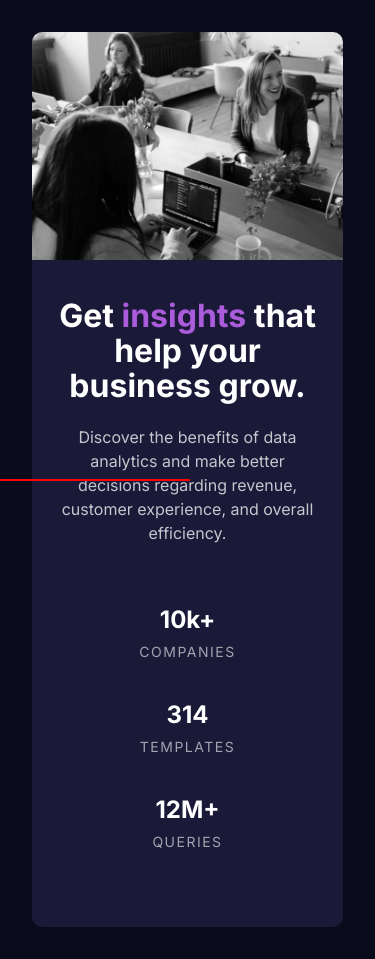
Repository: keisewarsame/stats-preview-frontendmentor
Page: index.html
An editor plug-in stored every save of this project. The page is shown before and after the next save, followed by the edit.
The browser window is 375 px wide. The pictures show the whole page.

Above is the page before, as saved 2022-07-12 15:01:10.

After the next save:
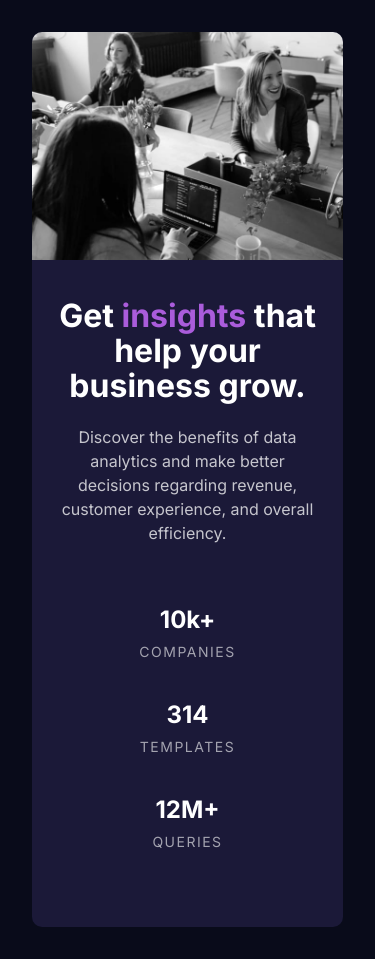
Saved 7 s later.
--- a/styles.css
+++ b/styles.css
@@ -116,7 +116,6 @@
         position: absolute;
         width: 50%;
         height: 10000px
-        top: 100;
         border: 1px solid red;
         /* background-color: red; */
         z-index: 1;

After the 6 saves that followed:
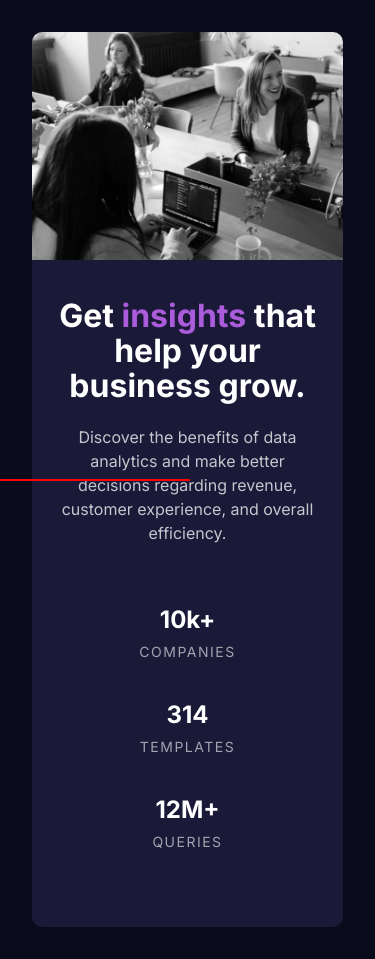
The 6 saves are shown as one change because 2 left the picture as it was and some came seconds apart.
The last was saved 27 s later.
--- a/styles.css
+++ b/styles.css
@@ -115,7 +115,8 @@
     .img-cover {
         position: absolute;
         width: 50%;
-        height: 10000px
+        height: 10px
+        bottom: 0;
         border: 1px solid red;
         /* background-color: red; */
         z-index: 1;
